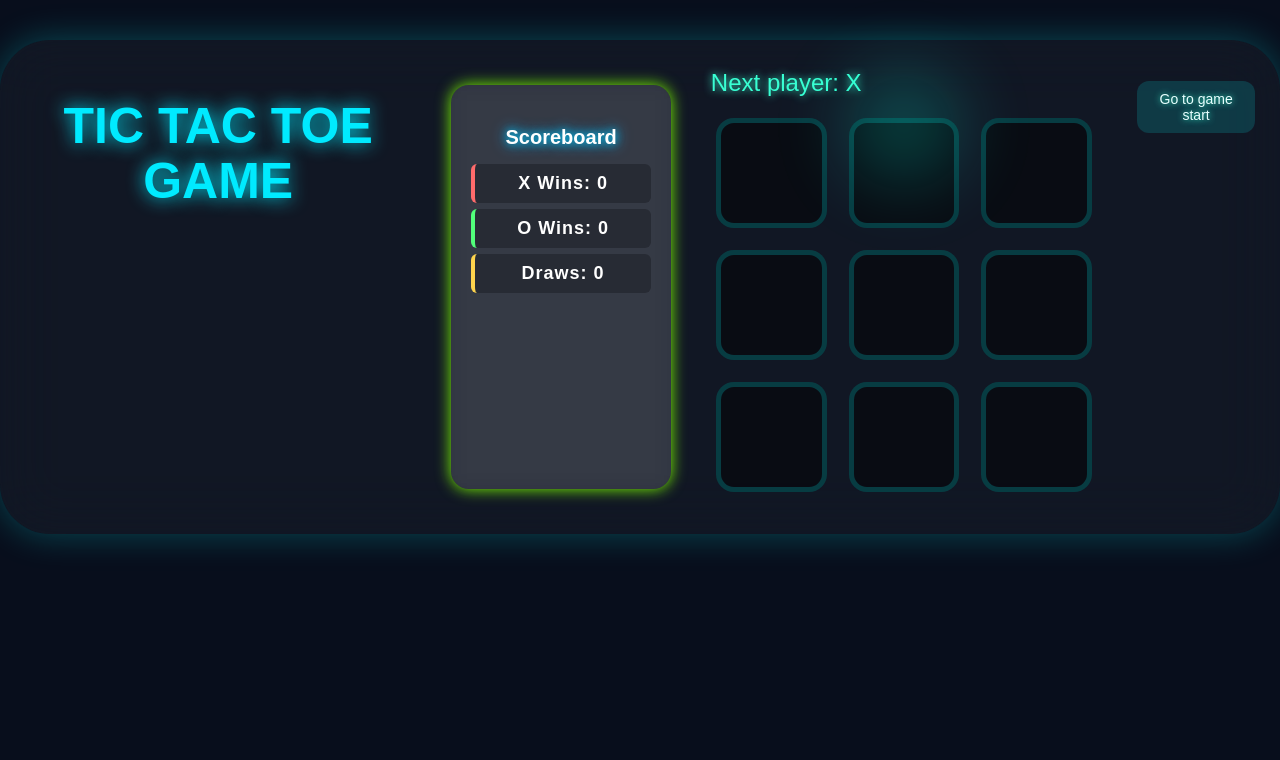
Repository: sofia123776/TIC-TAC-TOE
Page: /
An editor plug-in stored every save of this project. The page is shown before and after the next save, followed by the edit.
The browser window is 1280 px wide. The pictures show the whole page.
The project was rebuilt for these pictures with package versions that can differ from the ones it lists, and the page was loaded fresh each time. Also part of the build but not shown: vite.config.js.

Above is the page before, as saved 2025-11-30 22:25:08.

### src/index.css
:root {
  font-family: system-ui, Avenir, Helvetica, Arial, sans-serif;
  line-height: 1.5;
  font-weight: 400;

  color-scheme: light dark;
  color: rgba(255, 255, 255, 0.87);
  background-color: whitesmoke;

  font-synthesis: none;
  text-rendering: optimizeLegibility;
  -webkit-font-smoothing: antialiased;
  -moz-osx-font-smoothing: grayscale;
}

a {
  font-weight: 500;
  color: #646cff;
  text-decoration: inherit;
}
a:hover {
  color: #535bf2;
}

body {
  margin: 0;
  display: flex;
  place-items: center;
  min-width: 320px;
  min-height: 100vh;
}

h1 {
  font-size: 3.2em;
  line-height: 1.1;
}

button {
  border-radius: 1px;
  border:8px  solid transparent;
  padding: 0.6em 1.2em;
  font-size: 1em;
  font-weight: 500;
  font-family: inherit;
  background-color: #1a1a1a;
  cursor: pointer;
  transition: border-color 0.25s;
}
button:hover {
  border-color: #646cff;
}
button:focus,
button:focus-visible {
  outline: 4px auto -webkit-focus-ring-color;
}

@media (prefers-color-scheme: light) {
  :root {
    color: #213547;
    background-color: #ffffff;
  }
  a:hover {
    color: #747bff;
  }
  button {
    background-color: #f9f9f9;
  }
}

### src/App.jsx
import { useState } from 'react'
import reactLogo from './assets/react.svg'
import viteLogo from '/vite.svg'
import './App.css'

function Square({value, onSquareClick, highlight}){


  return(
   <button
      className={`square ${highlight ? "highlight" : ""}`}
      onClick={onSquareClick}
    >
      {value}
    </button>
  );

}

function Board({xIsNext, squares, onPlay}) {



  function Handleclick(i){

    if ( Calculatewinner(squares) || squares[i]) {
    return;

  }
    ClickSound.play();
    const nextSquares = squares.slice()
    if (xIsNext){
    nextSquares[i] = "X"
    }else{
      nextSquares[i] = "O"
    }
    onPlay(nextSquares);
  }
    const winner = Calculatewinner(squares);
    const winningLine = Calculatewinner(squares, true);
    const ClickSound = new Audio("/sounds/click.mp3.wav");
    const WinSound = new Audio("/sounds/win.mp3.wav");



  let status;
  if (winner) {
    status = "Winner: " + winner;
    WinSound.play();
  } else {
    status = "Next player: " + (xIsNext ? "X" : "O");
  }

  return (
    <>

    <div className={`status ${winner ? "winner" : ""}`}>{status}</div>
  <div className='board-row'>
  <Square value = {squares[0]} onSquareClick={() =>Handleclick(0)} highlight={winningLine?.includes(0)}/>
  <Square value = {squares[1]} onSquareClick={() =>Handleclick(1)} highlight={winningLine?.includes(1)}/>
  <Square value = {squares[2]} onSquareClick={() =>Handleclick(2)} highlight={winningLine?.includes(2)}/>

  </div>

  <div className='board-row'>
  <Square value = {squares[3]} onSquareClick={() =>Handleclick(3)} highlight={winningLine?.includes(3)}/>
  <Square value = {squares[4]} onSquareClick={() =>Handleclick(4)} highlight={winningLine?.includes(4)}/>
  <Square value = {squares[5]} onSquareClick={() =>Handleclick(5)} highlight={winningLine?.includes(5)}/>

  </div>
  <div className='board-row'>
  <Square value = {squares[6]} onSquareClick={() =>Handleclick(6)} highlight={winningLine?.includes(6)}/>
  <Square value = {squares[7]} onSquareClick={() =>Handleclick(7)} highlight={winningLine?.includes(7)}/>
  <Square value = {squares[8]} onSquareClick={() =>Handleclick(8)} highlight={winningLine?.includes(8)}/>

  </div>

  </>
  );
}

export default function Game() {
  const [history, setHistory] = useState([Array(9).fill(null)]);
  const [currentMove, setCurrentMove] = useState(0);

  const xIsNext = currentMove % 2 === 0;
  const currentSquares = history[currentMove];

  // 🟦 Scoreboard State (X wins, O wins, Draws)
  const [score, setScore] = useState({
    X: 0,
    O: 0,
    Draws: 0
  });

  function handlePlay(nextSquares) {
    // If game already ended, stop moves
    if (Calculatewinner(currentSquares)) {
      return;
    }

    const nextHistory = [
      ...history.slice(0, currentMove + 1),
      nextSquares,
    ];

    setHistory(nextHistory);
    setCurrentMove(nextHistory.length - 1);

    // Check winner *after* move
    const winner = Calculatewinner(nextSquares);

    if (winner) {
      // Update score for winner (X or O)
      setScore(prev => ({
        ...prev,
        [winner]: prev[winner] + 1
      }));
    } else if (!nextSquares.includes(null)) {
      // Draw (no empty squares)
      setScore(prev => ({
        ...prev,
        Draws: prev.Draws + 1
      }));
    }
  }

  function jumpTo(nextMove) {
    setCurrentMove(nextMove);
  }

  // Time travel move list
  const moves = history.map((squares, move) => {
    let description = move > 0 ? "Go to move #" + move : "Go to game start";
    return (
      <li key={move}>
        <button onClick={() => jumpTo(move)}>{description}</button>
      </li>
    );
  });

  return (
    <div className="game">
      <h1>TIC TAC TOE GAME</h1>

      {/* 🟦 Scoreboard */}
      <div className="scoreboard">
        <h2>Scoreboard</h2>
        <p>X Wins: {score.X}</p>
        <p>O Wins: {score.O}</p>
        <p>Draws: {score.Draws}</p>
      </div>

      <div className={`game-board ${Calculatewinner(currentSquares) ? "winner" : ""}`}>
        <Board
          xIsNext={xIsNext}
          squares={currentSquares}
          onPlay={handlePlay}
        />
      </div>

      <div className="game-info">
        <ol>{moves}</ol>
      </div>
    </div>
  );
}





function Calculatewinner(squares, returnLine = false){
  const lines = [
  [0, 1, 2],
  [3, 4, 5],
  [6, 7, 8],
  [0, 3, 6],
  [1, 4, 7],
  [2, 5, 8],
  [0, 4, 8],
  [2, 4, 6],

  ];

  for (let line of lines) {
    const [a,b,c] = line;
    if (squares[a] && squares[a] === squares[b] && squares[a] === squares[c]) {
      return returnLine ? line : squares[a];
    }
  }
  return returnLine ? null : null;
}

### src/App.css
/* Full background */
body {
  background: #080e1c;
  margin: 0;
  font-family: "Poppins", sans-serif;
  color: #e8faff;
  display: flex;
  justify-content: center;
  align-items: flex-start;
  padding-top: 40px;
}

/* Game Title */
h1 {
  text-align: center;
  font-size: 50px;
  font-weight: 700;
  margin-bottom: 25px;
  text-shadow: 0 0 18px #00eaff;
  color: #00eaff;
}

/* Outer game container */
.game {
  display: flex;
  gap: 40px;
  padding: 25px;
  border-radius: 50px;
  background: rgba(255,255,255,0.04);
  box-shadow: 0 0 35px rgba(0, 255, 255, 0.25);
  backdrop-filter: blur(30px);
}

/* Board container */
.game-board {
  display: flex;
  flex-direction: column;
}

/* Status text */
.status {
  font-size: 22px;
  margin-bottom: 12px;
  color: #39ffd3;
  text-shadow: 0 0 8px #39ffd3;
}

/* Board row layout */
.board-row {
  display: flex;
  gap: 12px;
  margin-bottom: 12px;
}

/* Square button */
.square {
  width: 110px !important;
  height: 110px !important;
  margin: 5px;
  font-size: 42px !important;
  font-weight: bold;
  color: #00eaff;
  background-color: rgba(0, 0, 0, 0.45);
  border: 5px solid rgba(0, 255, 255, 0.2);
  border-radius: 18px;
  display: flex;
  align-items: center;
  justify-content: center;
  cursor: pointer;
  transition: 0.25s ease-in-out, transform 0.15s;
  text-shadow: 0 0 12px #00eaff;
}

.square:hover {
  transform: scale(1.07);
  background: rgba(0, 255, 255, 0.15);
  box-shadow: 0 0 18px #00eaff;
}

/* X and O color override */
.square:contains("X"), .square.X {
  color: #ff3c89;
  text-shadow: 0 0 12px #ff3c89;
}


.square:contains("O"), .square.O {
  color: #3cfffb;
  text-shadow: 0 0 12px #3cfffb;
}

/* Moves list */
.game-info ol {
  list-style: none;
  padding: 0;
}

.game-info button {
  padding: 10px 20px;
  border-radius: 12px;
  margin-bottom: 10px;
  border: none;
  cursor: pointer;
  background: rgba(0, 255, 255, 0.15);
  color: #e8ffff;
  font-size: 14px;
  text-shadow: 0 0 6px #39ffd3;
  transition: 0.2s ease;
}

.game-info button:hover {
  background: #39ffd3;
  color: #001010;
  box-shadow: 0 0 18px #39ffd3;
  transform: scale(1.05);
}

.highlight {
  animation: winPulse 1s infinite ease-in-out;
  background: rgba(0, 255, 150, 0.25) !important;
  box-shadow: 0 0 25px #00ffb3;
  border: 2px solid #00ff9d !important;
}

@keyframes winPulse {
  0% {
    transform: scale(1);
    box-shadow: 0 0 12px #00ffb3;
  }
  50% {
    transform: scale(1.12);
    box-shadow: 0 0 12px #00ffb3;
  }
  100% {
    transform: scale(1);
    box-shadow: 0 0 12px #00ffb3;
  }
}

.status {
  position: relative;
  z-index: 2;
  font-size: 1.5rem;

}

.status.winner {
  animation: glowWinner 1.5s infinite ease-in-out;
  color: #00ffea;
  text-shadow: 0 0 22px #00ffea;

}

@keyframes glowWinner {
  0% { text-shadow: 0 0 10px #00ffe0; }
  50% { text-shadow: 0 0 30px #00ffe0; }
  100% { text-shadow: 0 0 10px #00ffe0; }
}

/* firework particles */
.status::after {
  content: "";
  position: absolute;
  top: -20px;
  left: 50%;
  transform: translateX(-50%);
  width: 160px;
  height: 160px;
  background: radial-gradient(circle, #00ffe0 0%, transparent 60%);
  opacity: 0.3;
  filter: blur(30px);
  animation: fireworks 1.5s infinite ease-in-out;
}

@keyframes fireworks {
  0% {
    transform: translateX(-50%) scale(0.7);
    opacity: 0.1;
  }
  50% {
    transform: translateX(-50%) scale(1.3);
    opacity: 0.4;
  }
  100% {
    transform: translateX(-50%) scale(0.7);
    opacity: 0.1;
  }
}

.game-board.winner {
  border: 3px solid rgba(0,255,200,0.6);
  box-shadow: 0 0 35px rgba(0,255,200,0.8);
  padding: 12px;
  border-radius: 14px;
  animation: boardGlow 1.6s infinite ease-in-out;
}

@keyframes boardGlow {
  0% { box-shadow: 0 0 10px #00ffd5; }
  50% { box-shadow: 0 0 30px #00ffd5; }
  100% { box-shadow: 0 0 10px #00ffd5; }
}

/* Scoreboard Container */
.scoreboard {
  background: rgba(255, 255, 255, 0.12);
  backdrop-filter: blur(10px);
  padding: 20px;
  border-radius: 18px;
  width: 220px;
  margin: 20px auto;
  text-align: center;
  box-shadow: 0 0 15px lawngreen;
  transition: 0.3s ease;
}

/* Hover glow */
.scoreboard:hover {
  transform: scale(1.03);
  box-shadow: 0 0 25px rgba(255, 255, 255, 0.25);
}

/* Scoreboard Title */
.scoreboard h2 {
  margin-bottom: 12px;
  font-size: 20px;
  color: #ffffff;
  text-shadow: 0 0 8px #00d0ff, 0 0 15px #00aaff;
}

/* Score lines */
.scoreboard p {
  font-size: 18px;
  margin: 6px 0;
  padding: 6px 0;
  border-radius: 6px;
  background: rgba(0, 0, 0, 0.25);
  color: #fff;
  font-weight: bold;
  letter-spacing: 1px;
}

/* Colors for X, O, Draws */
.scoreboard p:nth-child(2) {
  border-left: 4px solid #ff6b6b;   /* X color */
}

.scoreboard p:nth-child(3) {
  border-left: 4px solid #51ff7a;   /* O color */
}

.scoreboard p:nth-child(4) {
  border-left: 4px solid #ffd44d;   /* Draws color */
}

Loaded but not shown: index.html (common file); src/main.jsx (common file)

After the next save:
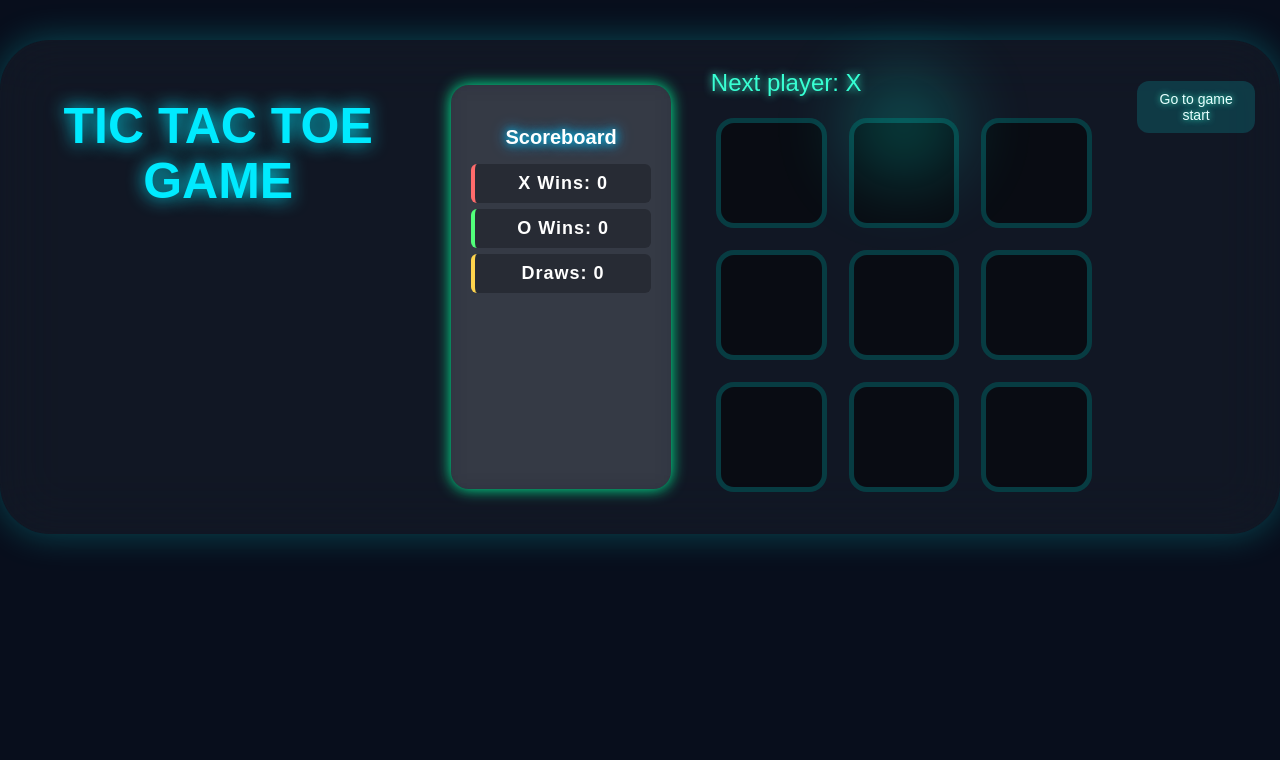
Saved 35 s later.
--- a/src/App.css
+++ b/src/App.css
@@ -210,7 +210,7 @@ h1 {
   width: 220px;
   margin: 20px auto;
   text-align: center;
-  box-shadow: 0 0 15px lawngreen;
+  box-shadow: 0 0 15px rgb(0, 252, 155);
   transition: 0.3s ease;
 }
 
